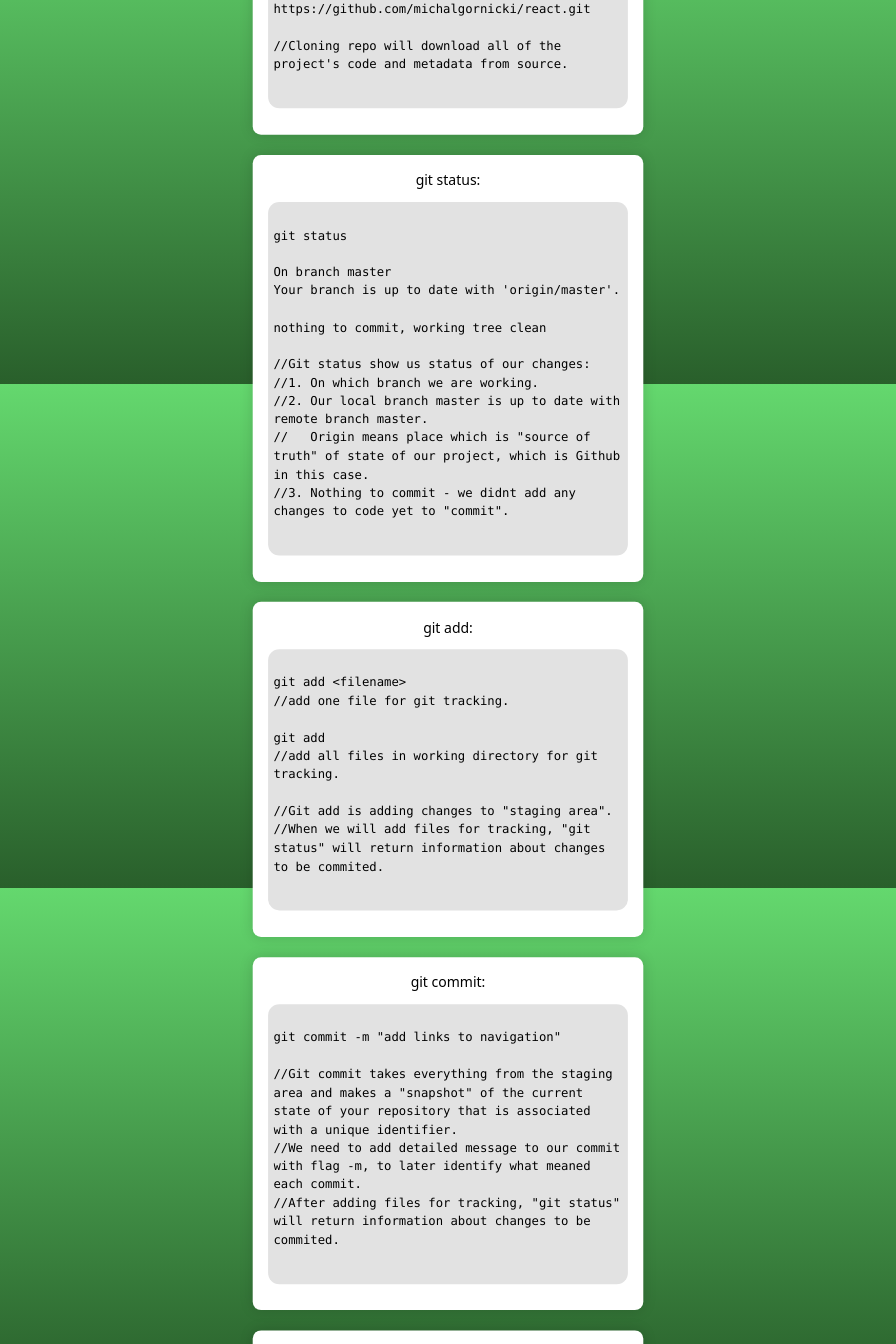
Repository: michalgornicki/git
Page: /#/Basics
These files come from the project's save history. The page is drawn as it stood at one moment and after a run of saves; the edit follows.
The browser window is 1280 px wide. The pictures show the part of the page from y = 891 to 2811 px (the page is 10103 px tall before and 10452 px after), at 70% of full size.
Backgrounds fixed to the window are drawn as part of the page. The project was rebuilt for these pictures with package versions that can differ from the ones it lists, and the page was loaded fresh each time. Also part of the build but not shown: src/components/structure.jsx, src/components/conflicts.jsx.

Above is the page before, as saved 2022-02-10 13:34:20.

After the next 2 saves:
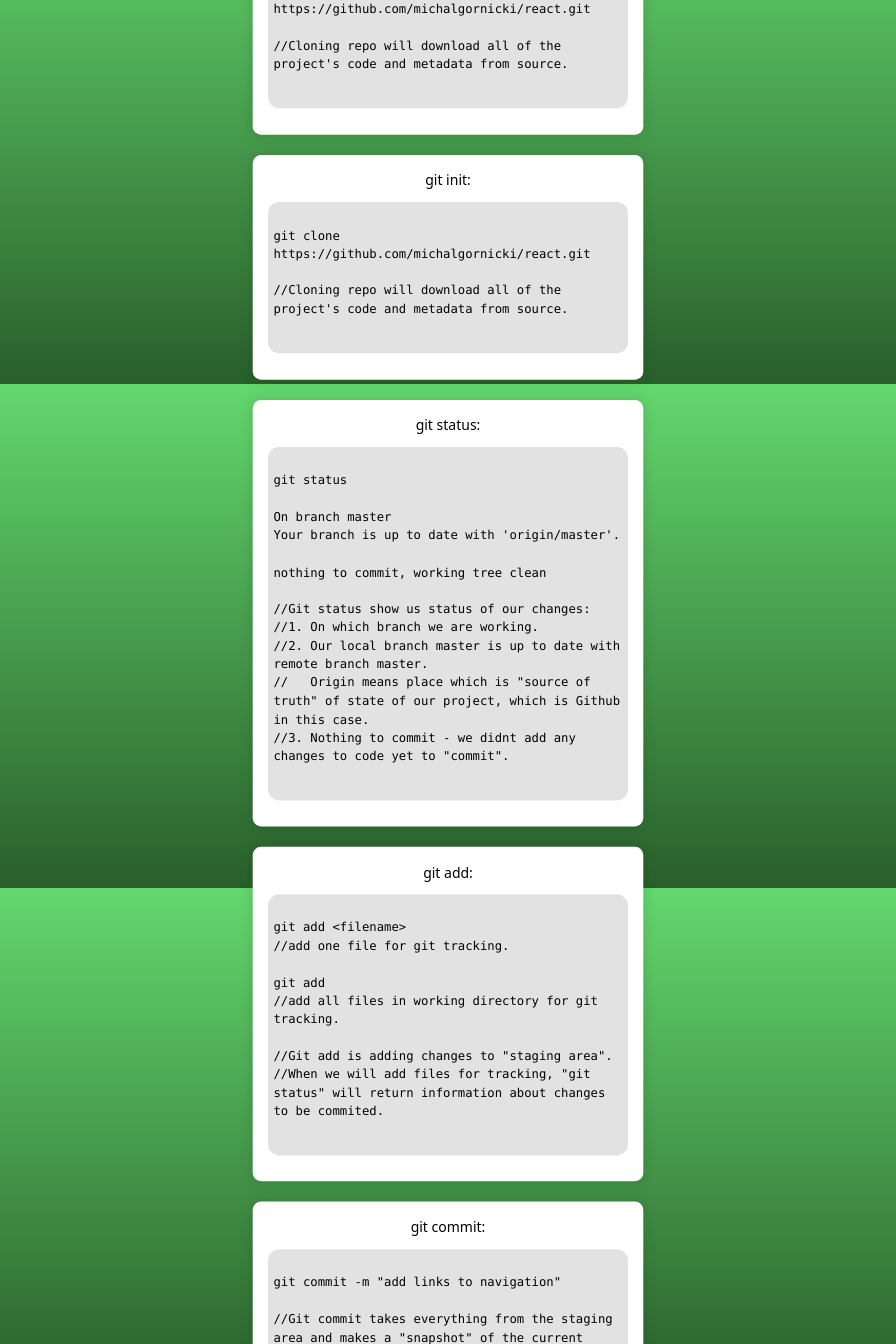
The 2 saves are shown as one change because they came seconds apart.
The last was saved 3 min 33 s later.
--- a/src/components/basics.jsx
+++ b/src/components/basics.jsx
@@ -19,6 +19,18 @@ You can control git using terminal.
       <div className="js-item">
         {" "}
         <div className="">git clone: </div>
+        <div className="text-pink">
+          <pre>{`
+git clone https://github.com/michalgornicki/react.git
+
+//Cloning repo will download all of the project's code and metadata from source.
+          `}</pre>
+        </div>
+      </div>
+
+      <div className="js-item">
+        {" "}
+        <div className="">git init: </div>
         <div className="text-pink">
           <pre>{`
 git clone https://github.com/michalgornicki/react.git
